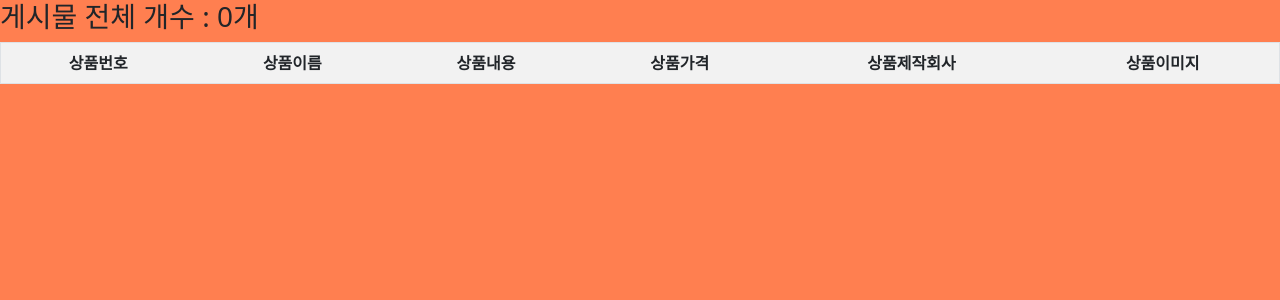
Repository: Hugh-KR/JSP_Project
Page: http://localhost/JSP_Project/product_all.jsp
These files come from the project's save history. The page is drawn as it stood at one moment and after the next save; the edit follows.
The browser window is 1280 px wide. The pictures show the whole page.
The page is served by Tomcat 9. Queries for data that is not in the repository find no rows.

Above is the page before, as saved 2022-11-08 06:52:03.

After the next save:
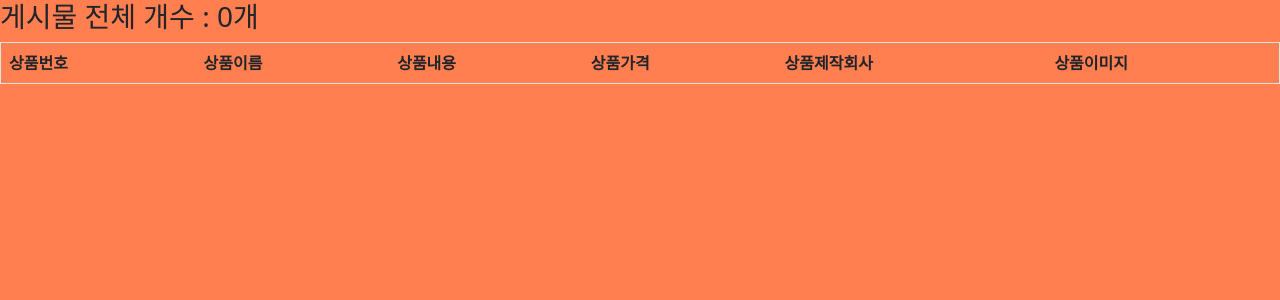
Saved 22 s later.
--- a/JSP_Project/src/main/webapp/product_all.jsp
+++ b/JSP_Project/src/main/webapp/product_all.jsp
@@ -20,12 +20,12 @@ ArrayList<ProductVO> list = dao.list();
 
 <style type="text/css">
 body {background-color: coral;}
-tr{
+tr:nth-child(even){
 text-align: center;
 background-color: #f2f2f2
 }
 th {
-  background-color: #04AA6D
+  background-color: blue
   color: white;
 }
 </style>
